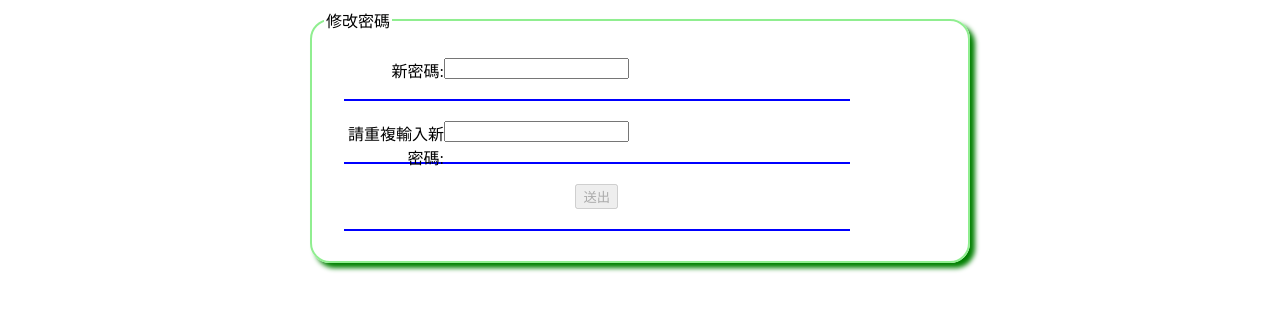
Repository: cctytw2000/JavaSecondProject
Page: http://localhost/EEIT109_35/member/forgetPWDInsertNewPassowrd.jsp
An editor plug-in stored every save of this project. The page is shown before and after the next save, followed by the edit.
The browser window is 1280 px wide. The pictures show the whole page.
The page is served by Tomcat 9. Other server files are loaded and not shown.

Above is the page before, as saved 2019-09-09 00:06:24.

### Member/EEIT109_35/src/main/webapp/member/forgetPWDInsertNewPassowrd.jsp
<%@ page language="java" contentType="text/html; charset=UTF-8"
    pageEncoding="UTF-8"%>
<!DOCTYPE html>
<html>
<head>
<meta charset="UTF-8">
<title>Insert title here</title>
<link rel="stylesheet" href="../CSS/RegisteredMember.css">
<script src="../JS/ForgetPWD.js"></script>
</head>
<body>

<form action="../forgetPWDInsertNewPassowrd.do" method="post">
<input type="hidden" name="account" value="${param.account}">
<input type="hidden" name="token" value="${param.token}">
 <fieldset>
<legend>修改密碼</legend>

<div class="div1">
<label class='label1'>新密碼:</label><input type="password" id="password" name="newpassword">

</div>
<div class="div1">
<label class='label1'>請重複輸入新密碼:</label><input type="password" id="re_password" name="re_password"><span id="msg_password"></span>

</div>
<div class="div1" id="submit" style="text-align: center">
<input name="insert" type="submit" value="送出" disabled>

</div>

</fieldset>
</form>
</body>
</html>

### Member/EEIT109_35/src/main/webapp/CSS/RegisteredMember.css
fieldset {
	width: 50%;
	height: 70%;
	border: 2px solid lightgreen;
	border-radius: 20px;
	margin: auto auto;
	padding: auto auto;
	box-shadow: 5px 5px 5px green;
}

.div1 {
	border-bottom: 2px solid blue;
	padding-bottom: 20px;
	margin: 20px;
	width: 450px;
	width: 80%
}

.sub1 {
	width: 450px;
	text-align: center;
	padding: 20px;
}

.label1 {
	width: 100px;
	float: left;
	text-align: right
}

form {
	width: 100%;
	/* margin: 15px auto; */
}

h6 {
	text-align: center
}

input:focus {
	background-color: #cccccc
}

### Member/EEIT109_35/src/main/webapp/JS/ForgetPWD.js
let opens1 = false;

document.addEventListener("DOMContentLoaded", function() {
	document.getElementById("re_password").addEventListener("input",
			check_re_PWD);// 事件繫結，事件氣泡(bubbling)
	document.getElementById("re_password").addEventListener("blur", open);

});
function check_re_PWD() {
	let newpassword = document.getElementById("password").value;
	let re_password = document.getElementById("re_password").value;
	if (newpassword == re_password) {
		opens1 = true;
		document.getElementById("msg_password").innerHTML = "<img src='../Images/yes.jpg'>與密碼相依";

	} else {
		document.getElementById("msg_password").innerHTML = "<img src='../Images/noway.jpg'>與密碼不相依";

	}
}
function open() {
	if (opens1) {
		document.getElementById("submit").innerHTML = "<input type='submit' value='修改'>";
	}

}

After the next save:
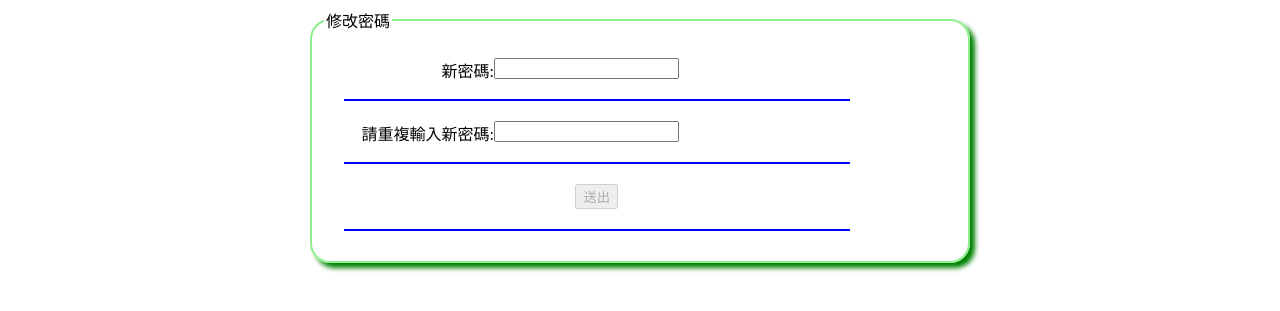
Saved 23 min 10 s later.
--- a/Member/EEIT109_35/src/main/webapp/CSS/RegisteredMember.css
+++ b/Member/EEIT109_35/src/main/webapp/CSS/RegisteredMember.css
@@ -23,7 +23,7 @@ fieldset {
 }
 
 .label1 {
-	width: 100px;
+	width: 150px;
 	float: left;
 	text-align: right
 }
